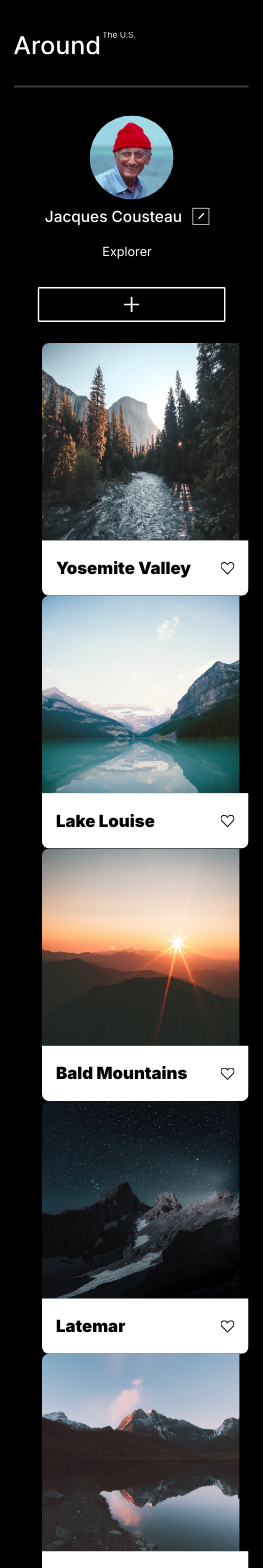
Repository: luisbaezx/se_project_aroundtheus
Page: index.html
These files come from the project's save history. The page is drawn as it stood at one moment and after the next save; the edit follows.
The browser window is 375 px wide. The pictures show the part of the page from y = 0 to 2240 px (the page is 2774 px tall before and 2793 px after), at 70% of full size.

Above is the page before, as saved 2024-05-30 17:50:04.

After the next save:
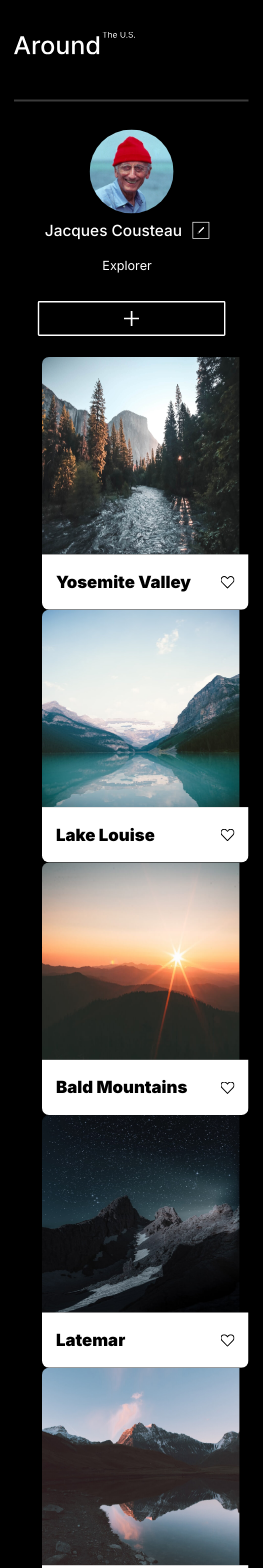
Saved 34 s later.
--- a/blocks/header.css
+++ b/blocks/header.css
@@ -12,5 +12,5 @@
 }
 @media screen and (max-width: 450px) {
   .header {
-
+    height: 56px;
   }
